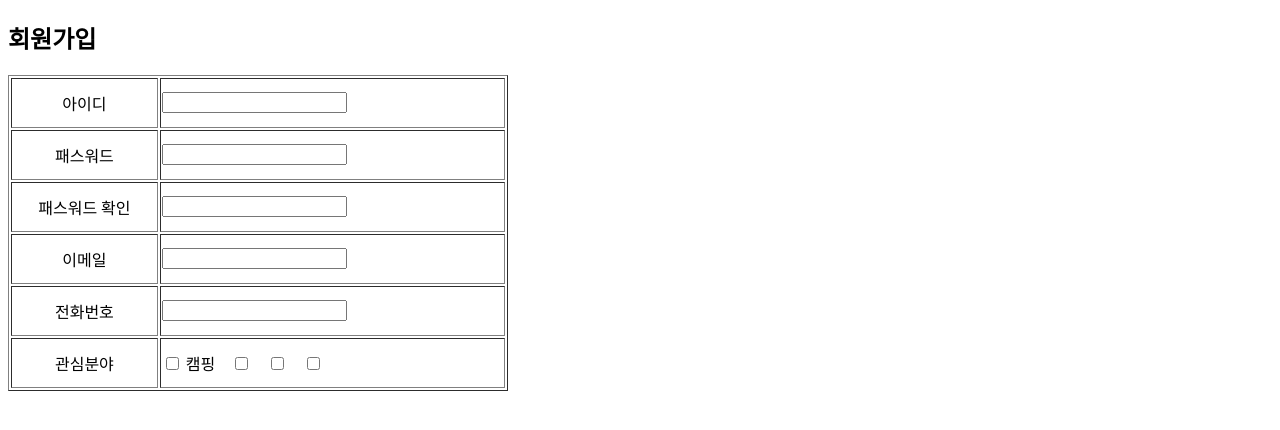
Repository: ohseung-web/OTjsp2026
Page: http://localhost/chapter/Request/RequestJoin.jsp
These files come from the project's save history. The page is drawn as it stood at one moment and after the next save; the edit follows.
The browser window is 1280 px wide. The pictures show the whole page.
The page is served by Tomcat 9.

Above is the page before, as saved 2026-10-18 01:20:22.

### chapter/src/main/webapp/Request/RequestJoin.jsp
<%@ page language="java" contentType="text/html; charset=UTF-8"
    pageEncoding="UTF-8"%>
<!DOCTYPE html>
<html>
<head>
<meta charset="UTF-8">
<title>Insert title here</title>
</head>
<body>
	<h2> 회원가입 </h2>
	<form action="RequestJoinProc.jsp" method="post">
		<table  width="500" border="1">
			<tr height="50">
				<td width="150" align="center">아이디</td>
				<td width="350">
					<input type="text" name="id">
				</td>
			</tr>
			<tr height="50">
				<td width="150" align="center">패스워드</td>
				<td width="350">
					<input type="password" name="pass">
				</td>
			</tr>
			<tr height="50">
				<td width="150" align="center">패스워드 확인</td>
				<td width="350">
					<input type="password" name="passchk">
				</td>
			</tr>
			<tr height="50">
				<td width="150" align="center">이메일</td>
				<td width="350">
					<input type="email" name="email">
				</td>
			</tr>
			<tr height="50">
				<td width="150" align="center">전화번호</td>
				<td width="350">
					<input type="tel" name="tel">
				</td>
			</tr>
			<tr height="50">
				<td width="150" align="center">관심분야</td>
				<td width="350">
					<input type="checkbox" name="hobby" value="캠핑" id="comping">
					<label for="comping">캠핑</label> &nbsp;&nbsp;
					<input type="checkbox" name="hobby" value="등산"> &nbsp;&nbsp;
					<input type="checkbox" name="hobby" value="영화"> &nbsp;&nbsp;
					<input type="checkbox" name="hobby" value="독서"> &nbsp;&nbsp;
				</td>
			</tr>

		</table>

	</form>
</body>
</html>

After the next save:
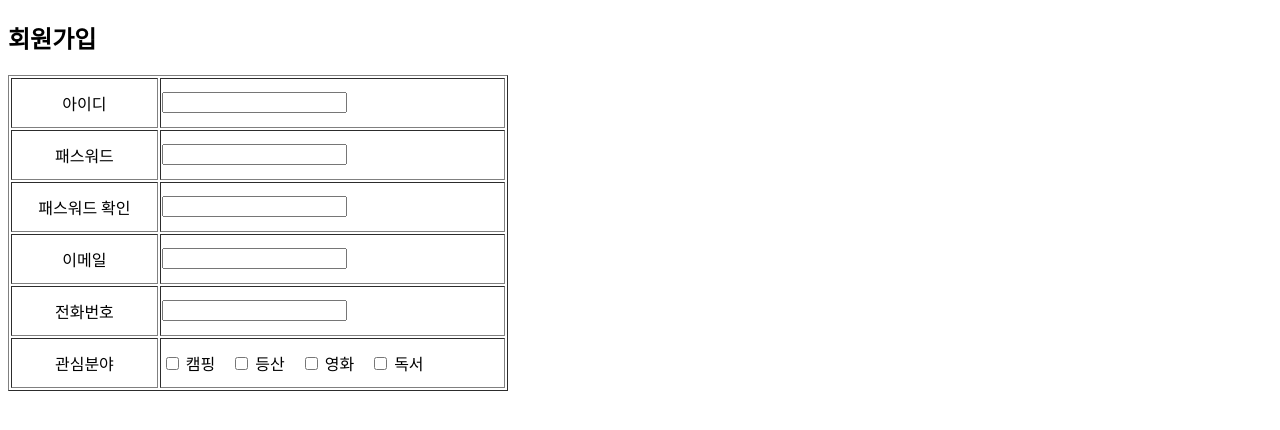
Saved 2 min 27 s later.
--- a/chapter/src/main/webapp/Request/RequestJoin.jsp
+++ b/chapter/src/main/webapp/Request/RequestJoin.jsp
@@ -43,11 +43,15 @@
 			<tr height="50">
 				<td width="150" align="center">관심분야</td>
 				<td width="350">
-					<input type="checkbox" name="hobby" value="캠핑" id="comping">
-					<label for="comping">캠핑</label> &nbsp;&nbsp;
-					<input type="checkbox" name="hobby" value="등산"> &nbsp;&nbsp;
-					<input type="checkbox" name="hobby" value="영화"> &nbsp;&nbsp;
-					<input type="checkbox" name="hobby" value="독서"> &nbsp;&nbsp;
+					<input type="checkbox" name="hobby" value="캠핑" id="camping">
+					<label for="camping">캠핑</label> &nbsp;&nbsp;
+					<input type="checkbox" name="hobby" value="등산" id="mount">
+					<label for="mount">등산</label> &nbsp;&nbsp;
+					<input type="checkbox" name="hobby" value="캠핑" id="movie">
+					<label for="movie">영화</label> &nbsp;&nbsp;
+					<input type="checkbox" name="hobby" value="캠핑" id="book">
+					<label for="book">독서</label> &nbsp;&nbsp;
+
 				</td>
 			</tr>
 
